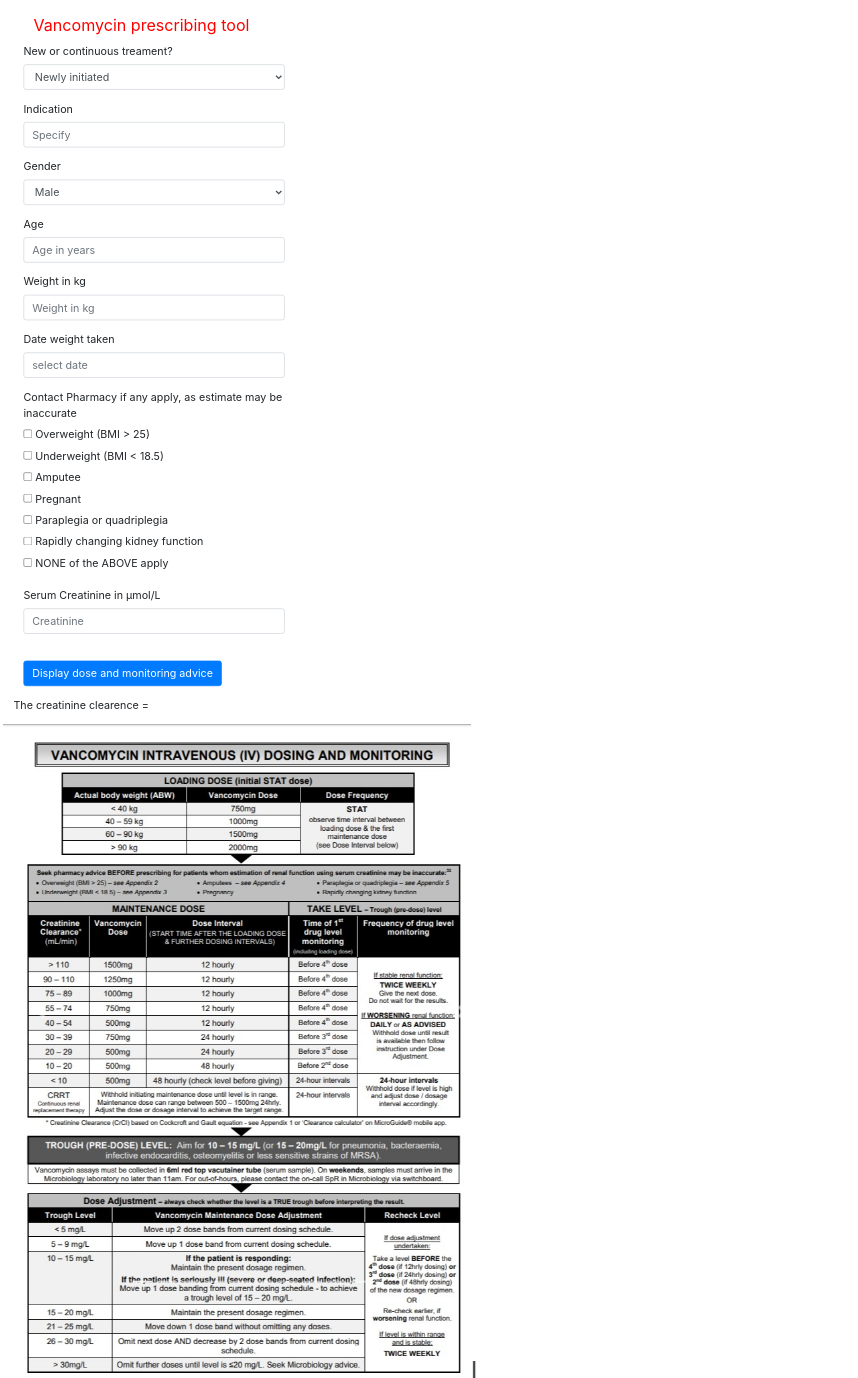
Repository: Mismiles/project-clinical-calculator
Page: index.html
The author's editor kept a record of every edit. The page is drawn from the files as they stood at one moment, then again after the next edit.
The browser window is 1280 px wide. The pictures show the whole page, at 67% of full size.

Above is the page before.
Console error: SyntaxError: Unexpected end of input

After the next edit:
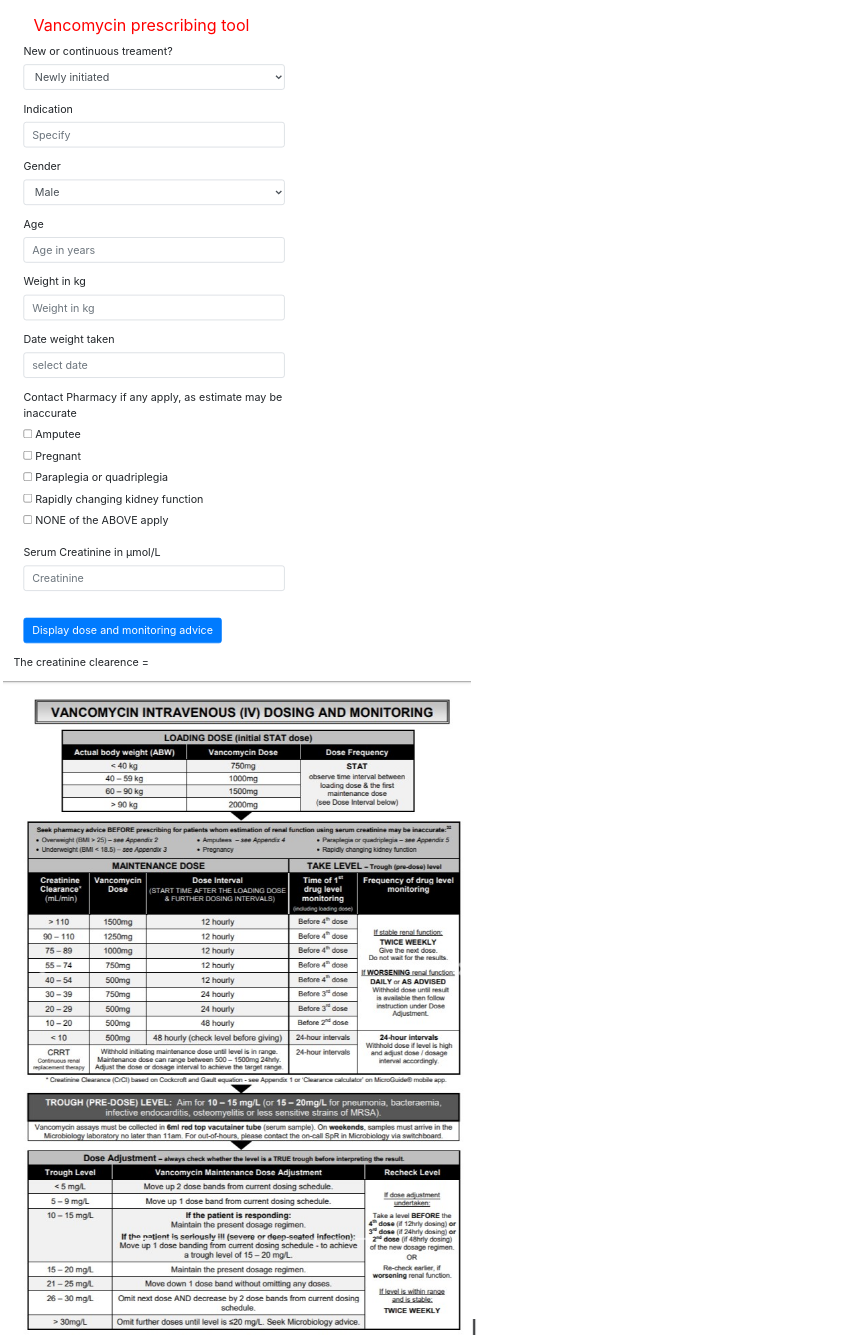
The edit:
--- a/index.html
+++ b/index.html
@@ -84,18 +84,6 @@
 <div class="form-group">
   <label class="col-md-4 control-label" for="parameters">Contact Pharmacy if any apply, as estimate may be inaccurate</label>
   <div class="col-md-4">
-  <div class="checkbox">
-    <label for="parameters-0">
-      <input type="checkbox" name="parameters" id="parameters-0" value="1">
-      Overweight (BMI &gt; 25)
-    </label>
-	</div>
-  <div class="checkbox">
-    <label for="parameters-1">
-      <input type="checkbox" name="parameters" id="parameters-1" value="">
-      Underweight (BMI &lt; 18.5)
-    </label>
-	</div>
   <div class="checkbox">
     <label for="parameters-2">
       <input type="checkbox" name="parameters" id="parameters-2" value="">

After the edit that followed:
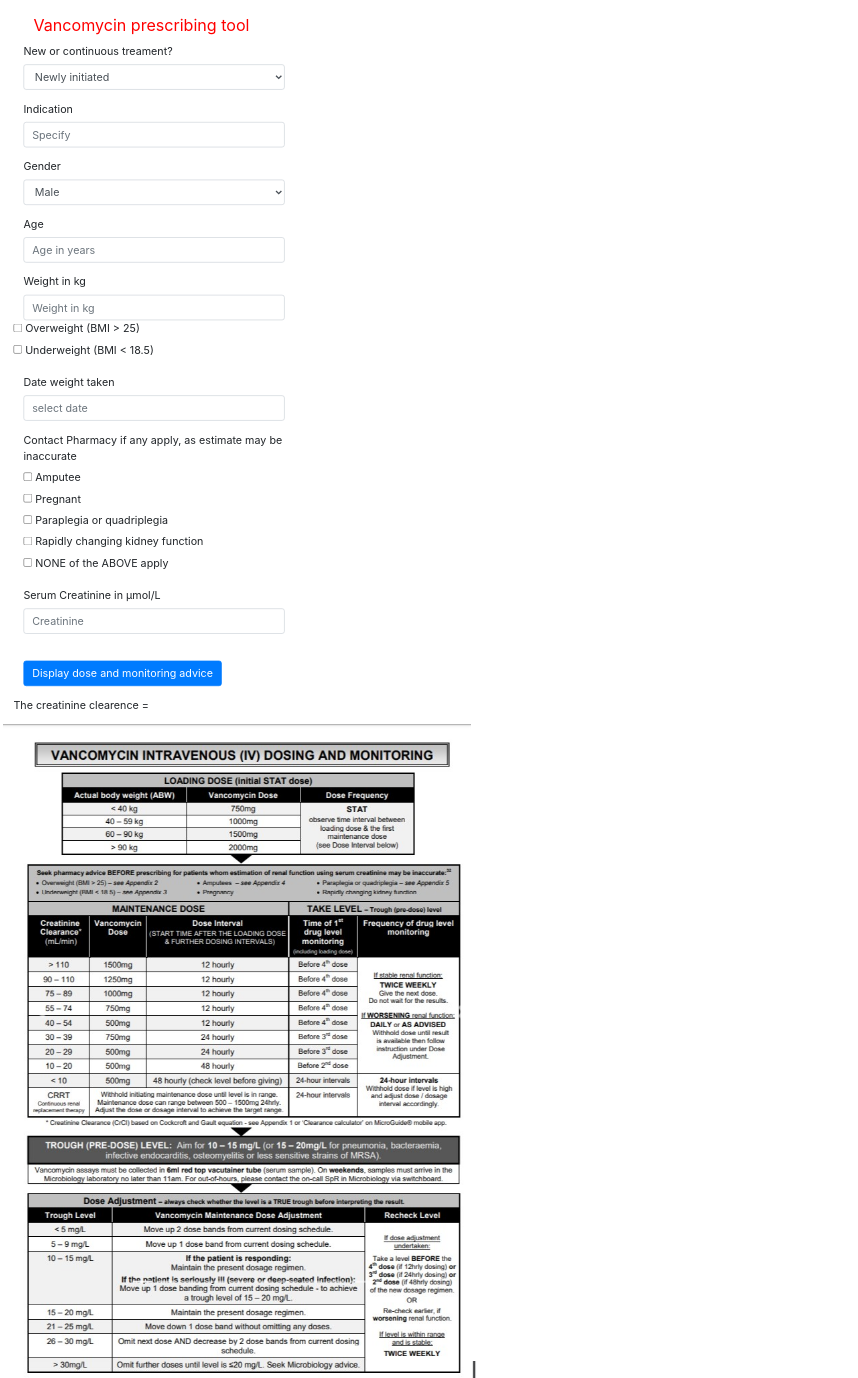
The edit:
--- a/index.html
+++ b/index.html
@@ -70,6 +70,18 @@
   <div class="col-md-4">
   <input id="weight" name="weight" type="text" placeholder="Weight in kg" MaxLength="3" class="form-control input-md" required="">
   </div>
+  <div class="checkbox">
+    <label for="parameters-0">
+      <input type="checkbox" name="parameters" id="overweight" value="1">
+      Overweight (BMI &gt; 25)
+    </label>
+	</div>
+  <div class="checkbox">
+    <label for="parameters-1">
+      <input type="checkbox" name="parameters" id="parameters-1" value="">
+      Underweight (BMI &lt; 18.5)
+    </label>
+	</div>
 </div>
 
 <!-- Date picker-->
